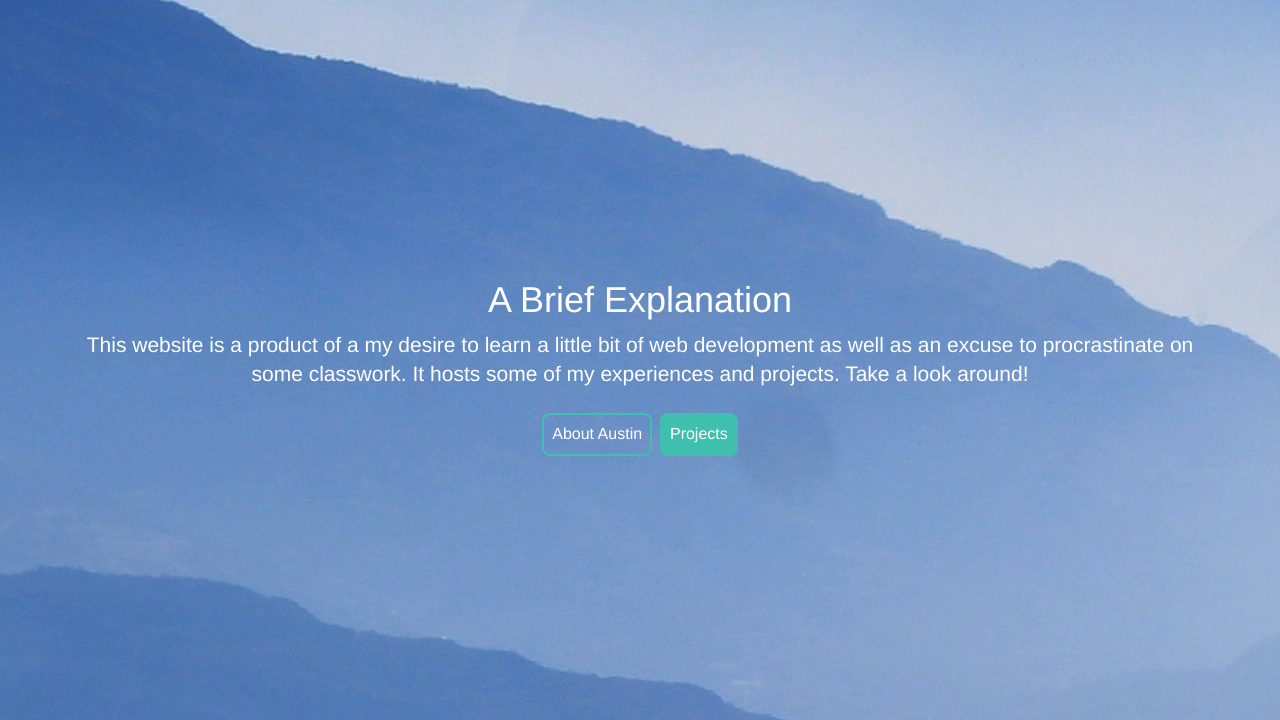
Repository: austinHerring/PersonalWebsite
Page: PersonalWebsite/WebContent/index.html
The author's editor kept a copy of each file at every save. The page is drawn from the files as they stood at one save, then again after the next save.
The browser window is 1280 px wide. The pictures show the whole page.
The pointer rests on the first visible `.button1`.

Above is the page before, as saved 2016-06-12 23:00:08.

After the next save:
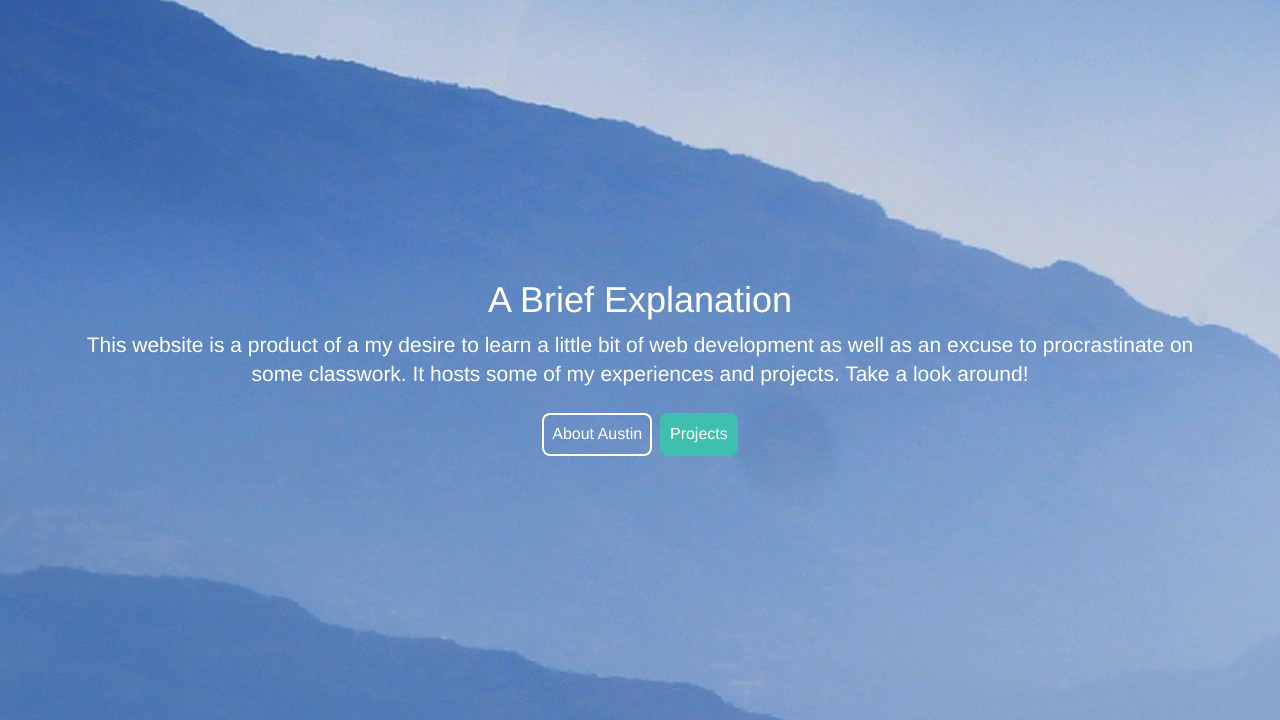
Saved 9 s later.
--- a/PersonalWebsite/WebContent/css/main.css
+++ b/PersonalWebsite/WebContent/css/main.css
@@ -43,4 +43,5 @@ body {
     background:rgba(0,0,0,0);
     color: white;
     text-decoration: none;
+    border: 2px solid white;
 }
